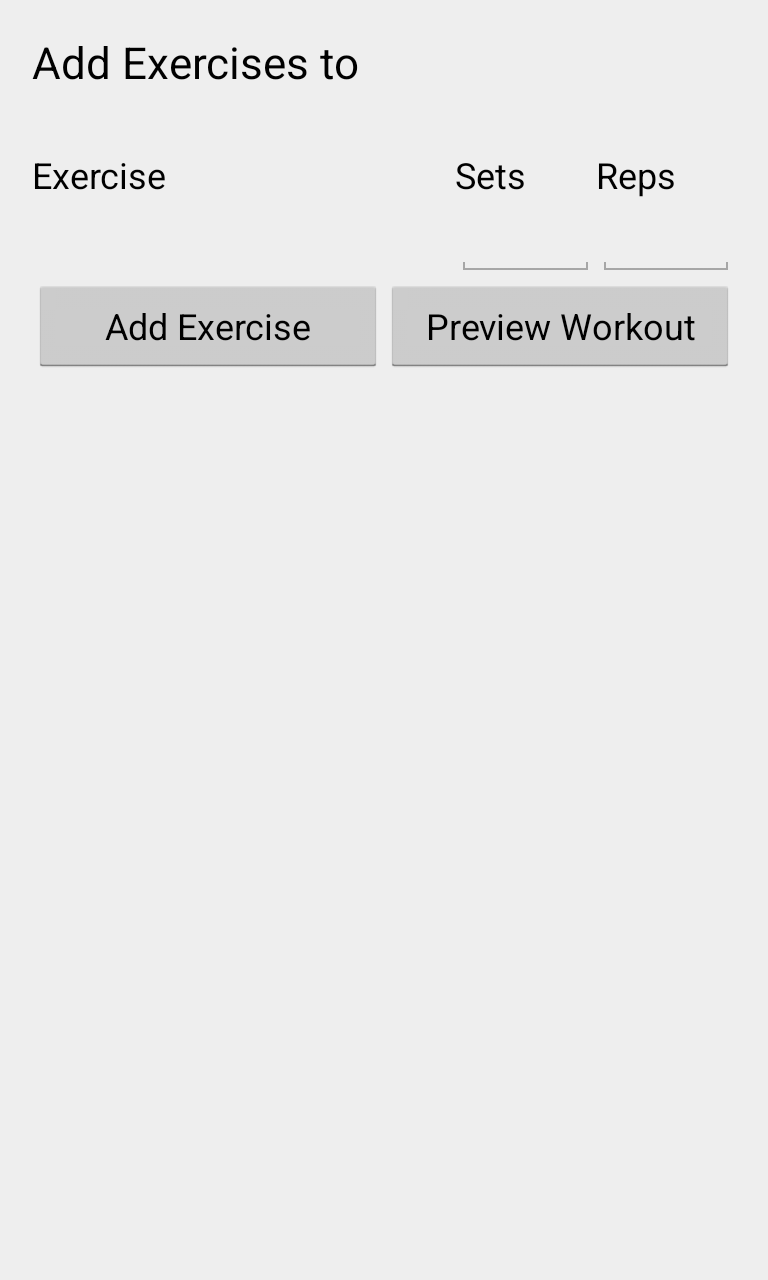
Repository: jmcdon09/EZWorkout
Layout: EzTrain/EzTrain/res/layout/activity_add_exercises.xml
These files come from the project's save history. The layout is drawn as it stood at one moment and after the next save; the edit follows.
It is drawn on a 768 x 1280 px phone screen (xhdpi) without system bars, with theme AppTheme; the app's code is not run. Lists and similar views that code fills are empty.

Above is the layout before, as saved 2014-03-29 05:18:32.

### EzTrain/EzTrain/res/layout/activity_add_exercises.xml
<LinearLayout xmlns:android="http://schemas.android.com/apk/res/android"
    xmlns:tools="http://schemas.android.com/tools"
    android:id="@+id/LinearLayout1"
    android:layout_width="match_parent"
    android:layout_height="match_parent"
    android:background="@color/background"
    android:orientation="vertical"
    android:paddingBottom="@dimen/activity_vertical_margin"
    android:paddingLeft="@dimen/activity_horizontal_margin"
    android:paddingRight="@dimen/activity_horizontal_margin"
    android:paddingTop="@dimen/activity_vertical_margin"
    tools:context=".AddExercises" >

    <LinearLayout
        android:layout_width="match_parent"
        android:layout_height="wrap_content" >

        <TextView
            android:id="@+id/adding_exercises"
            android:layout_width="wrap_content"
            android:layout_height="wrap_content"
            android:text="@string/add_exercise_to_workout"
            android:textAppearance="?android:attr/textAppearanceLarge" />

        <TextView
            android:id="@+id/workout_name"
            android:layout_width="wrap_content"
            android:layout_height="wrap_content"
            android:textAppearance="?android:attr/textAppearanceLarge" />
    </LinearLayout>

    <TextView
        android:id="@+id/muscle_group"
        android:layout_width="wrap_content"
        android:layout_height="wrap_content"
        android:textAppearance="?android:attr/textAppearanceLarge" />

    <ListView
        android:id="@+id/exercise_list"
        android:layout_width="match_parent"
        android:layout_height="wrap_content" >
    </ListView>

    <LinearLayout
        android:layout_width="match_parent"
        android:layout_height="wrap_content"
        android:weightSum="100" >

        <TextView
            android:id="@+id/add_exercise_exercise"
            android:layout_width="fill_parent"
            android:layout_height="wrap_content"
            android:layout_weight="20"
            android:text="@string/exercise"
            android:textAppearance="?android:attr/textAppearanceMedium" />

        <TextView
            android:id="@+id/add_exercise_set"
            android:layout_width="fill_parent"
            android:layout_height="wrap_content"
            android:layout_weight="40"
            android:text="@string/sets"
            android:textAppearance="?android:attr/textAppearanceMedium" />

        <TextView
            android:id="@+id/add_exercise_rep"
            android:layout_width="fill_parent"
            android:layout_height="wrap_content"
            android:layout_weight="40"
            android:text="@string/reps"
            android:textAppearance="?android:attr/textAppearanceMedium" />
    </LinearLayout>

    <LinearLayout android:layout_width="match_parent" android:layout_height="wrap_content" android:weightSum="100">

        <TextView android:id="@+id/add_exercise_name"
            android:layout_width="fill_parent"
            android:layout_height="wrap_content"
            android:layout_weight="20"
            android:textAppearance="?android:attr/textAppearanceMedium" />

        <EditText android:id="@+id/add_exercise_set_input"
             android:layout_width="fill_parent"
             android:layout_height="wrap_content"
             android:layout_weight="40"
             android:ems="10"
             android:inputType="number" />

        <EditText android:id="@+id/add_exercise_rep_input"
            android:layout_width="fill_parent"
            android:layout_height="wrap_content"
            android:layout_weight="40"
            android:ems="10"
            android:inputType="number" />

    </LinearLayout>

    <LinearLayout
        android:layout_width="match_parent"
        android:layout_height="wrap_content"
        android:weightSum="100" >

        <Button
            android:id="@+id/add_exercise"
            android:layout_width="fill_parent"
            android:layout_height="wrap_content"
            android:layout_weight="50"
            android:text="@string/add_exercise" />

        <Button
            android:id="@+id/preview_workout"
            android:layout_width="fill_parent"
            android:layout_height="wrap_content"
            android:layout_weight="50"
            android:text="@string/preview_workout" />
    </LinearLayout>



</LinearLayout>

### EzTrain/EzTrain/res/values-v11/styles.xml
<?xml version="1.0" encoding="utf-8"?>
<resources>

    <!--
        Base application theme for API 11+. This theme completely replaces
        AppBaseTheme from res/values/styles.xml on API 11+ devices.
    -->
    <style name="AppBaseTheme" parent="android:Theme.Holo.Light">
        <!-- API 11 theme customizations can go here. -->
    </style>

    <style name="FullscreenTheme" parent="android:Theme.Holo">
        <item name="android:actionBarStyle">@style/FullscreenActionBarStyle</item>
        <item name="android:windowActionBarOverlay">true</item>
        <item name="android:windowBackground">@null</item>
        <item name="buttonBarStyle">?android:attr/buttonBarStyle</item>
        <item name="buttonBarButtonStyle">?android:attr/buttonBarButtonStyle</item>
    </style>

    <style name="FullscreenActionBarStyle" parent="android:Widget.Holo.Light.ActionBar">
        <item name="android:background">@color/action_bar_background</item>
        <item name="android:actionMenuTextColor">@color/black_overlay</item>
    </style>

</resources>

### EzTrain/EzTrain/res/values-v14/styles.xml
<resources>

    <!--
        Base application theme for API 14+. This theme completely replaces
        AppBaseTheme from BOTH res/values/styles.xml and
        res/values-v11/styles.xml on API 14+ devices.
    -->
    <style name="AppBaseTheme" parent="@android:style/Theme.Holo.Light.DarkActionBar">
        <!-- API 14 theme customizations can go here. -->
        <item name="android:actionBarStyle">@style/MyActionBar</item>


    </style>

    <style name="MyActionBar" parent="@android:style/Widget.Holo.Light.ActionBar">
        <item name="android:background">@color/action_bar_background</item>
        <item name="android:titleTextStyle">@style/MyActionBarTitle</item>
    </style>

	<style name="MyActionBarTitle" parent="@android:style/TextAppearance.Holo.Widget.ActionBar.Title">
	    <item name="android:textColor">@color/title</item>

	</style>



</resources>

### EzTrain/EzTrain/res/values/colors.xml
<resources>

    <color name="action_bar_background">#4db6af</color>
    <color name="black_overlay">#66000000</color>
    <color name="background">#eee</color>
    <color name="font">#444</color>
    <color name="accent">#ccc</color>
    <color name="title">#FFF</color>

</resources>

### EzTrain/EzTrain/res/values/strings.xml
<?xml version="1.0" encoding="utf-8"?>
<resources>

    <string name="app_name">EZWorkout</string>

    <string-array name="muscle_groups">
        <item>Arms</item>
        <item>Abdominals</item>
        <item>Chest</item>
        <item>Back</item>
        <item>Legs</item>
        <item>Shoulders</item>
    </string-array>

    <string-array name="my_workouts">
        <item>Biceps</item>
        <item>Major Chest Workout</item>
    </string-array>

    <string-array name="chest">
        <item>Benchpress</item>
        <item>Butterflys</item>
        <item>Push Ups</item>
        <item>Iron Cross</item>
        <item>Decline Dumbell Press</item>
        <item></item>
    </string-array>

    <string-array name="arms">
        <item>Bicep Curls</item>
        <item>Spider Curls</item>
        <item>Tricep Dips</item>
        <item>Skullcrushers</item>
        <item>French Press</item>
    </string-array>

    <string-array name="shoudlers">
        <item>Shoulder Abduction</item>
        <item>Military Press</item>
    </string-array>

    <string-array name="abdominals">
        <item>Crunches</item>
        <item>Russian Twists</item>
        <item>Sit-ups</item>
        <item>Toe Touches</item>
    </string-array>

    <string-array name="legs">
        <item>One Legged Squats</item>
        <item>Romanian Deadlifts</item>
        <item>Trap Bar Deadlifts</item>
        <item>Box Jumps</item>
    </string-array>

    <string-array name="back">
        <item>Standing Good Mornings</item>
        <item>Seated Good Mornings</item>
        <item>Reverse Hypers</item>
        <item>Chin Ups</item>
    </string-array>

    <string name="workout_now">Start Workout</string>
    <string name="progress">My Progress</string>
    <string name="design_work">Design Workout</string>
    <string name="title_activity_start_workout">Start Workout</string>
    <string name="title_activity_my_progress">My Progress</string>
    <string name="title_activity_design_workout">Design Workout</string>
    <string name="title_activity_add_exercises">Add Exercises</string>
    <string name="title_activity_create_exercise">Create Exercise</string>
    <string name="title_activity_preview_workout">Preview Workout</string>
    <string name="title_activity_my_workouts">My Workouts</string>
    <string name="title_activity_workout">Workout</string>
    <string name="title_activity_active_workout">Active Workout</string>
    <string name="workout_name">Workout Name</string>
    <string name="return_workout"></string>
    <string name="action_settings">Action Settings</string>
    <string name="add_exercise_to_workout">Add Exercises to </string>
    <string name="add_exercise">Add Exercise</string>
    <string name="begin_design">Start Design</string>
    <string name="create_exercise">Create Exercise</string>
    <string name="muscle_group">Muscle Group</string>
    <string name="workout_description">Workout Description</string>
    <string name="my_workouts">My Workouts</string>
    <string name="start_workout">Start Workout</string>
    <string name="browse_workouts">Browse Workouts</string>
    <string name="exercise_name">Exercise Name</string>
    <string name="rep_hint">Rep hint goes here</string>
    <string name="action_home">Home</string>
    <string name="exercise1">Bench press </string>
    <string name="set1">4</string>
    <string name="rep1">8#821112</string>
    <string name="hello_world">Hello world!</string>
    <string name="preview_workout">Preview Workout</string>
    <string name="title_activity_preview_design">Preview Design</string>
    <string name="exercise">Exercise</string>
    <string name="sets">Sets</string>
    <string name="reps">Reps</string>
    <string name="weight">Weight</string>



</resources>

Loaded but not shown: EzTrain/EzTrain/res/values/styles.xml (common file); EzTrain/EzTrain/res/values/dimens.xml (common file)

After the next save:
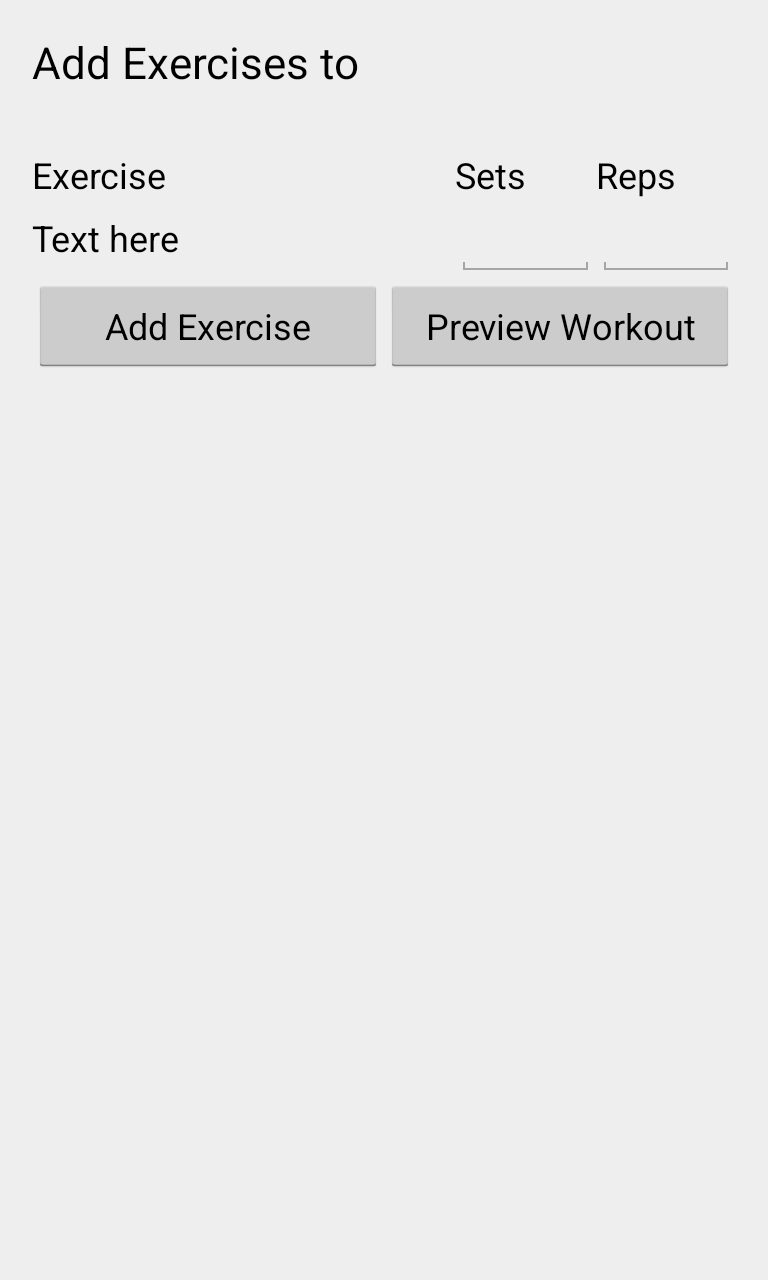
Saved 80 s later.
--- a/EzTrain/EzTrain/res/layout/activity_add_exercises.xml
+++ b/EzTrain/EzTrain/res/layout/activity_add_exercises.xml
@@ -77,6 +77,7 @@
             android:layout_width="fill_parent"
             android:layout_height="wrap_content"
             android:layout_weight="20"
+            android:text="Text here"
             android:textAppearance="?android:attr/textAppearanceMedium" />
 
         <EditText android:id="@+id/add_exercise_set_input"
